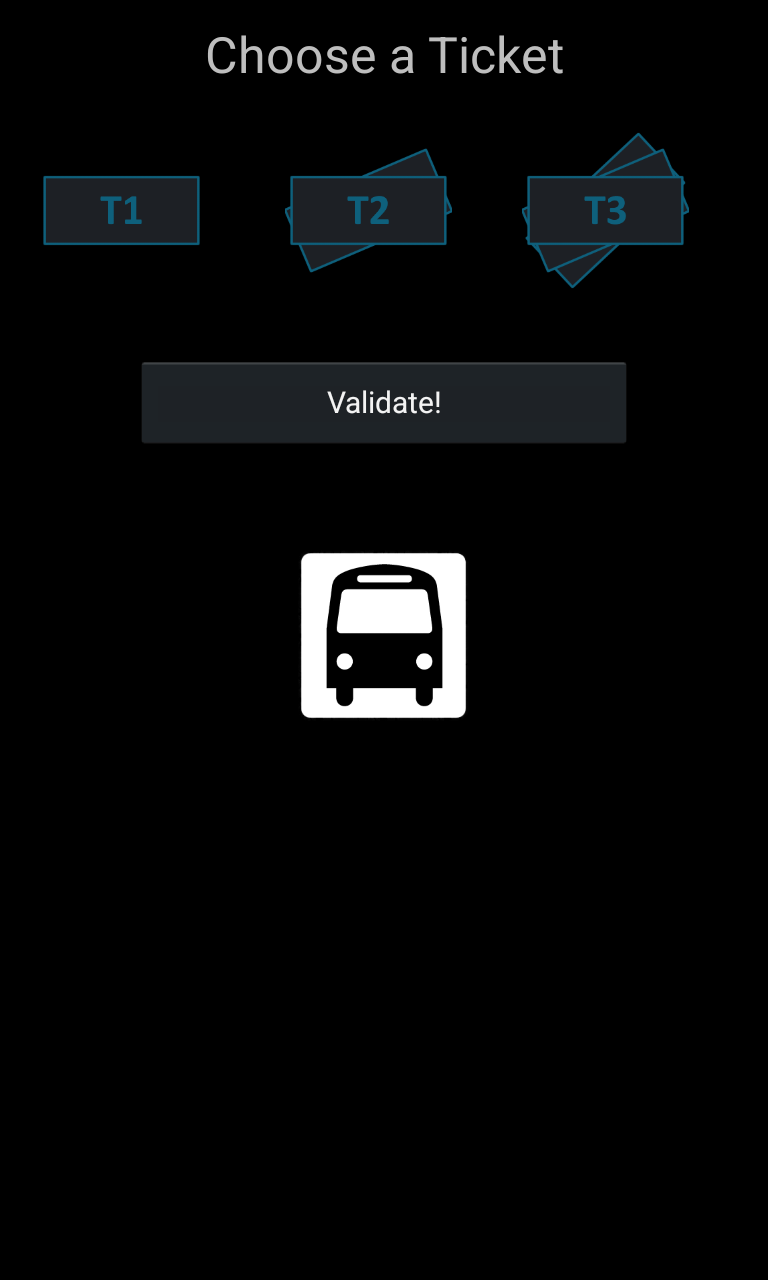
Repository: Nelspike/BusTicketer
Layout: PassengerMode/res/layout/fragment_show_tickets.xml
An editor plug-in stored every save of this project. The layout is shown before and after the next save, followed by the edit.
It is drawn on a 768 x 1280 px phone screen (xhdpi) without system bars, with theme AppTheme; the app's code is not run.

Above is the layout before, as saved 2013-10-19 20:24:59.

### PassengerMode/res/layout/fragment_show_tickets.xml
<FrameLayout xmlns:android="http://schemas.android.com/apk/res/android"
    xmlns:tools="http://schemas.android.com/tools"
    android:layout_width="match_parent"
    android:layout_height="match_parent"
    tools:context=".ShowTicketsFragment" >

    <LinearLayout
        android:layout_width="match_parent"
        android:layout_height="wrap_content"
        android:orientation="vertical"
        android:paddingTop="10dp">

	    <TextView
	        android:layout_width="match_parent"
	        android:layout_height="wrap_content"
	        android:text="@string/show_tickets_title"
	        android:textSize="25sp"
	        android:gravity="center"/>

		<RadioGroup
		    android:id="@+id/ticket_radio"
		    android:layout_width="match_parent"
		    android:layout_height="wrap_content"
		    android:gravity="center"
		    android:orientation="horizontal"
		    android:paddingTop="20dp"
		    android:paddingBottom="30dp" >

			<RadioButton
			    android:id="@+id/t1_radio"
				android:button="@drawable/t1_selector"
				android:layout_width="wrap_content"
				android:layout_height="wrap_content"
				android:paddingRight="10dp"
		        android:paddingLeft="30dp"/>

			<RadioButton
			    android:id="@+id/t2_radio"
				android:button="@drawable/t2_selector"
				android:layout_width="wrap_content"
				android:layout_height="wrap_content"
		        android:paddingLeft="35dp"/>

			<RadioButton
			    android:id="@+id/t3_radio"
				android:button="@drawable/t3_selector"
				android:layout_width="wrap_content"
				android:layout_height="wrap_content"
		        android:paddingLeft="20dp"/>

		</RadioGroup>

		<Button
		    android:id="@+id/t1_ticket_validate"
		    android:layout_width="250dp"
		    android:layout_height="wrap_content"
		    android:layout_gravity="center"
		    android:text="@string/validate_ticket"
		    android:textSize="15sp" />

		<ImageView
		    android:id="@+id/qr_code_holder"
		    android:contentDescription="@string/description"
		    android:layout_width="wrap_content"
		    android:layout_height="wrap_content"
		    android:src="@drawable/bus"
		    android:layout_gravity="center"
		    android:paddingTop="50dp"/>

    </LinearLayout>




</FrameLayout>

### PassengerMode/res/values/styles.xml
<resources>

    <!--
        Base application theme, dependent on API level. This theme is replaced
        by AppBaseTheme from res/values-vXX/styles.xml on newer devices.
    -->
    <style name="AppBaseTheme" parent="android:Theme.Holo">
        <!--
            Theme customizations available in newer API levels can go in
            res/values-vXX/styles.xml, while customizations related to
            backward-compatibility can go here.
        -->
    </style>

    <!-- Application theme. -->
    <style name="AppTheme" parent="android:Theme.Holo">
        <!-- All customizations that are NOT specific to a particular API-level can go here. -->
    </style>

</resources>

### PassengerMode/res/values/strings.xml
<?xml version="1.0" encoding="utf-8"?>
<resources>

    <string name="app_name">Passenger Mode</string>
    <string name="action_settings">Settings</string>
    <string name="hello_world">Hello world!</string>
    <string name="welcome_string">Welcome to Bus Ticketer!</string>
    <string name="splash_screen_description">Splash Screen Logo</string>
    <string name="splash_screen_terms">Lorem ipsum dolor sit amet, consectetur adipiscing elit. In porta cursus lacus ut porta. Ut luctus et urna eu malesuada. Donec magna diam, mollis molestie est eu, bibendum semper quam. Curabitur rhoncus iaculis nisi ut luctus. Pellentesque habitant morbi tristique senectus et netus et malesuada fames ac turpis egestas. Ut luctus gravida massa, a posuere nunc sagittis ac. Maecenas porta nisi sed interdum varius. Nunc tincidunt turpis nec orci interdum sollicitudin in at nulla. Integer non lorem a elit elementum iaculis consectetur vel ipsum. Aenean sed eros laoreet, egestas lacus eu, accumsan risus. Aliquam consequat sagittis urna, quis accumsan felis malesuada sed.</string>
    <string name="splash_screen_name_label">Name:</string>
    <string name="splash_screen_card_label">CC No.:</string>
    <string name="splash_screen_register_button">Register it up!</string>
    <string name="title_activity_central">CentralActivity</string>
    <string name="hello_blank_fragment">Hello blank fragment</string>
    <string name="description">Generic Description</string>
    <string name="validate_ticket">Validate!</string>
    <string name="show_tickets_title">Choose a Ticket</string>

</resources>

### PassengerMode/res/drawable-xxhdpi/t1_selector.xml
<?xml version="1.0" encoding="utf-8"?>
<selector xmlns:android="http://schemas.android.com/apk/res/android" >
	<item android:state_checked="true" android:drawable="@drawable/selectedt1" />
	<item android:state_checked="false" android:drawable="@drawable/t1" />
</selector>

### PassengerMode/res/drawable-xxhdpi/t2_selector.xml
<?xml version="1.0" encoding="utf-8"?>
<selector xmlns:android="http://schemas.android.com/apk/res/android" >
	<item android:state_checked="true" android:drawable="@drawable/selectedt2" />
	<item android:state_checked="false" android:drawable="@drawable/t2" />
</selector>

### PassengerMode/res/drawable-xxhdpi/t3_selector.xml
<?xml version="1.0" encoding="utf-8"?>
<selector xmlns:android="http://schemas.android.com/apk/res/android" >
	<item android:state_checked="true" android:drawable="@drawable/selectedt3" />
	<item android:state_checked="false" android:drawable="@drawable/t3" />
</selector>

After the next save:
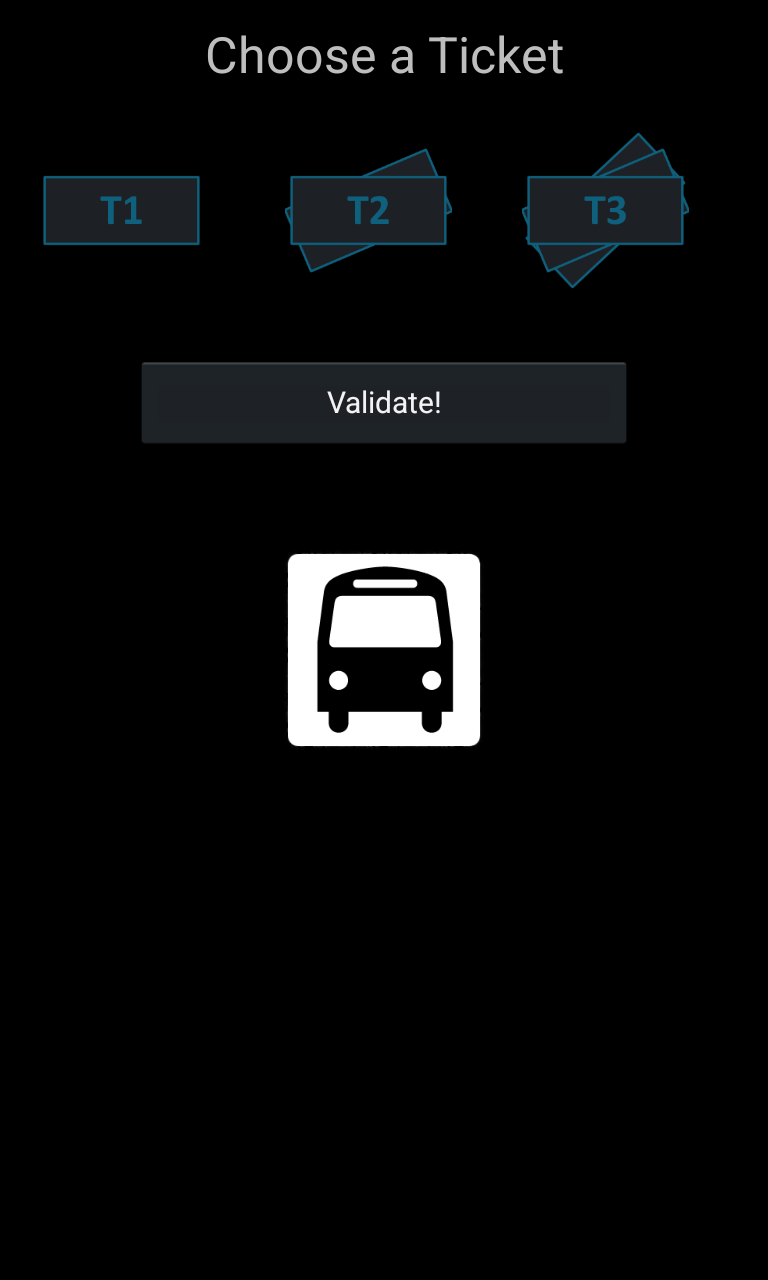
Saved 117 s later.
--- a/PassengerMode/res/layout/fragment_show_tickets.xml
+++ b/PassengerMode/res/layout/fragment_show_tickets.xml
@@ -61,11 +61,16 @@
 		<ImageView
 		    android:id="@+id/qr_code_holder"
 		    android:contentDescription="@string/description"
-		    android:layout_width="wrap_content"
-		    android:layout_height="wrap_content"
+		    android:layout_width="300px"
+		    android:layout_height="300px"
 		    android:src="@drawable/bus"
 		    android:layout_gravity="center"
 		    android:paddingTop="50dp"/>
+
+		<TextView
+		    android:id="@+id/ticket_timer"
+		    android:layout_width="match_parent"
+		    android:layout_height="wrap_content"/>
 
     </LinearLayout>
 
